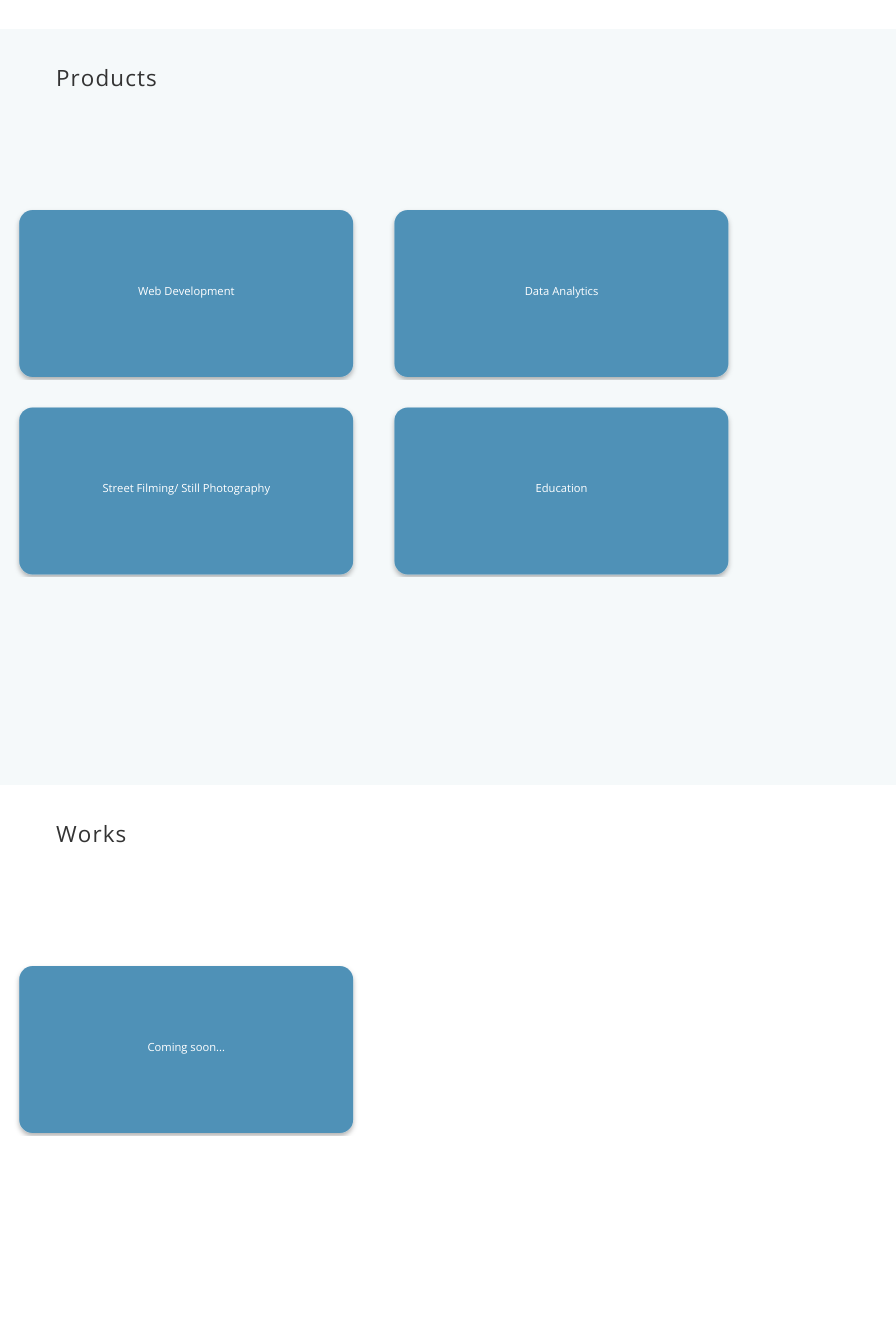
Repository: AirDepot/web
Page: index.html
These files come from the project's save history. The page is drawn as it stood at one moment and after the next save; the edit follows.
The browser window is 1280 px wide. The pictures show the part of the page from y = 2119 to 4039 px (the page is 6592 px tall), at 70% of full size.

Above is the page before, as saved 2020-02-12 00:06:52.

After the next save:
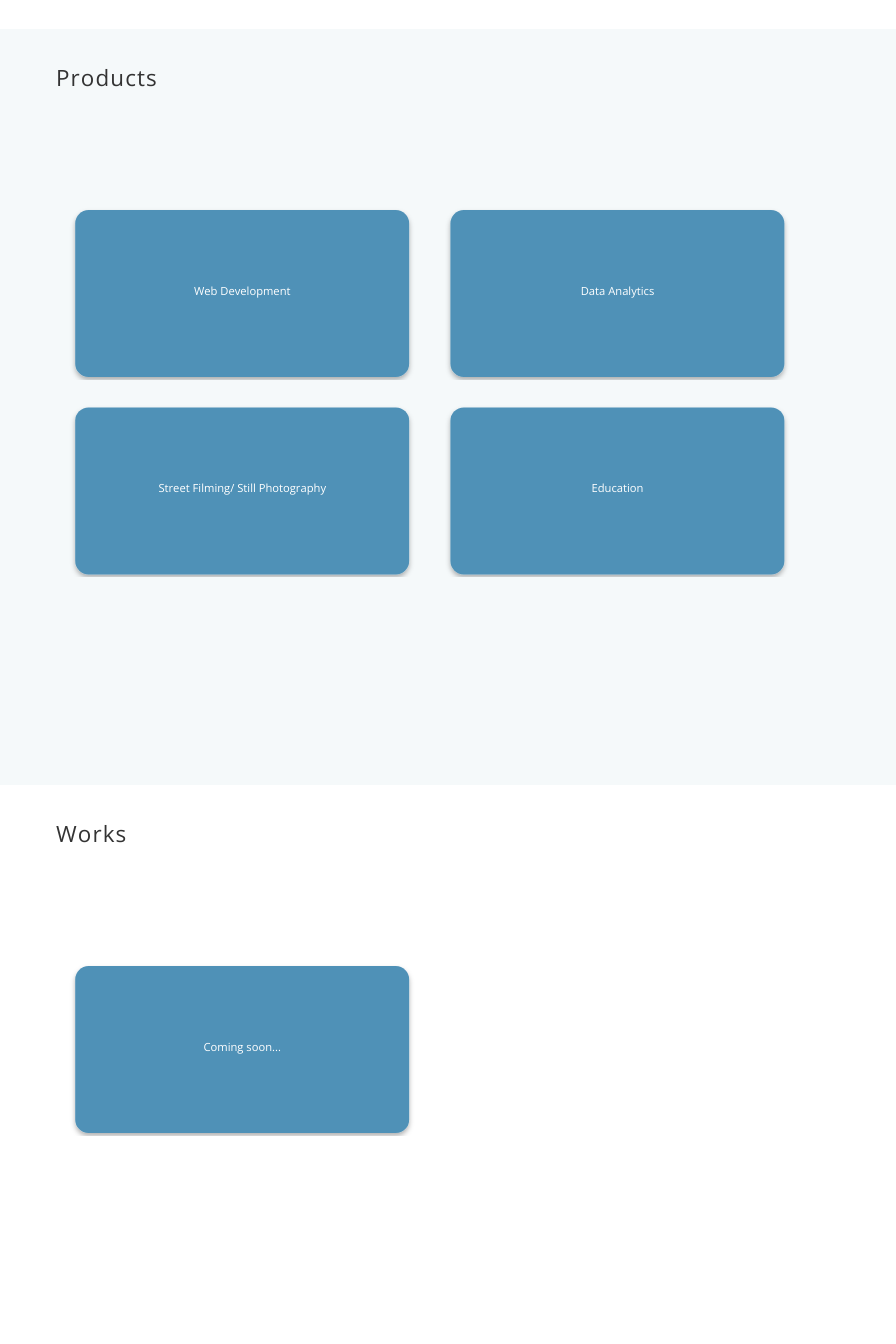
Saved 23 s later.
--- a/assets/css/common.css
+++ b/assets/css/common.css
@@ -129,7 +129,7 @@ div#products {
 section#box_master {
     display: block;
     width: 100%;
-    margin: 0 auto;
+    margin-left: 5rem;
     margin-top: 9rem;
 }
 
